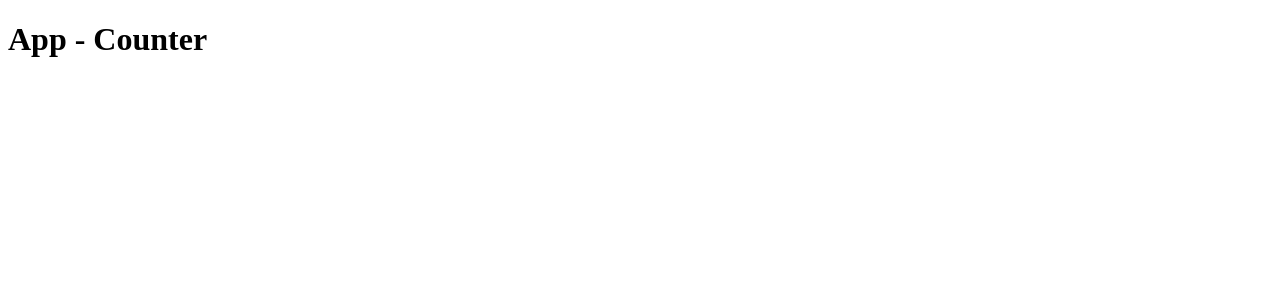
Repository: AlanRei/Counter
Page: /
These files come from the project's save history. The page is drawn as it stood at one moment and after the next save; the edit follows.
The browser window is 1280 px wide. The pictures show the whole page.
The project was rebuilt for these pictures with package versions that can differ from the ones it lists, and the page was loaded fresh each time. The framework's server and built-in components were replaced by stand-ins that run in the browser. Also part of the build but not shown: next.config.js.

Above is the page before, as saved 2021-12-15 10:42:56.

After the next save:
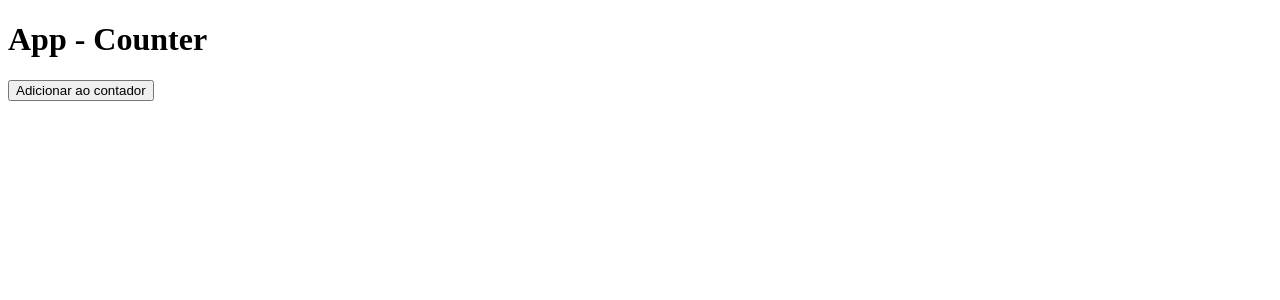
Saved 88 s later.
--- a/src/pages/index.js
+++ b/src/pages/index.js
@@ -7,6 +7,7 @@ export default function Home() {
         <title>App - Counter</title>
       </Head>
       <h1>App - Counter</h1>
+      <button>Adicionar ao contador</button>
     </>
   )
 }
